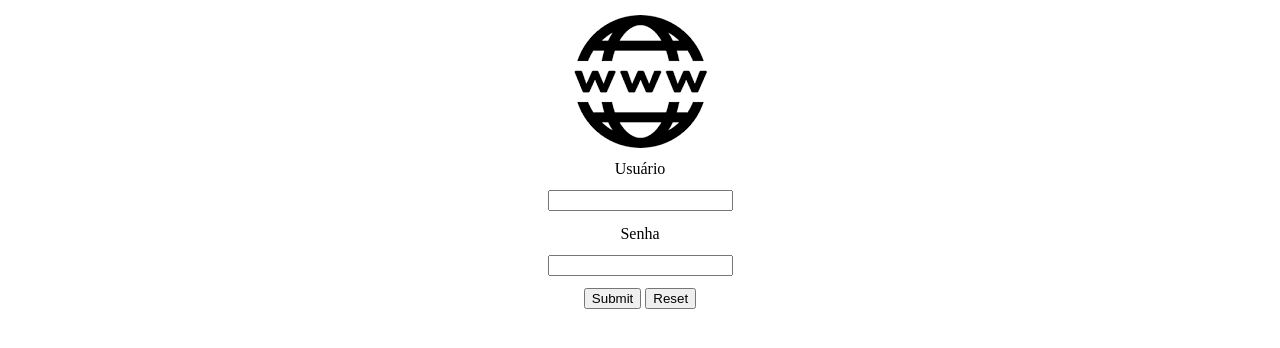
Repository: leonerdy-666/Estudos
Page: http://localhost/JavaWeb/Site.jsp
An editor plug-in stored every save of this project. The page is shown before and after the next save, followed by the edit.
The browser window is 1280 px wide. The pictures show the whole page.
The page is served by Tomcat 9.

Above is the page before, as saved 2023-04-10 23:31:35.

### Udemy/Projeto/JavaWeb/src/main/webapp/Site.jsp
<%@ page language="java" contentType="text/html; charset=ISO-8859-1"
	pageEncoding="ISO-8859-1"%>
<!DOCTYPE html PUBLIC "-//W3C//DTD HTML 4.01 Transitional//EN" "http://www.w3.org/TR/html4/loose.dtd">
<html>
<head>
<meta http-equiv="Content-Type" content="text/html; charset=ISO-8859-1">
<title>Site</title>
</head>
<body>
	<form action="">
		<table cellpadding="5" align="center">

			<tr>
				<td align="center"><img src="imagens/logo.png"></td>
			</tr>

			<tr>
				<td align="center">Usuário</td>
			</tr>
			<tr>
				<td><input type="text" name="txtUsuario" /></td>
			</tr>
			<tr>
			<tr>
				<td align="center">Senha</td>
			</tr>
			<tr>
				<td><input type="text" name="txtSenha" /></td>
			</tr>
			<tr>
				<td colspan="2" align="center"><input type="submit"> <input type="reset"></td>
			</tr>
		</table>
	</form>
</body>
</html>

After the next save:
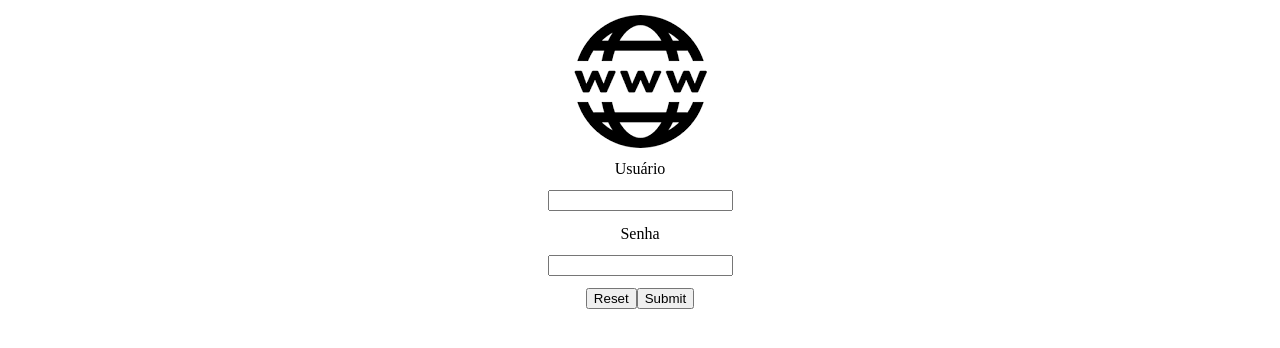
Saved 29 s later.
--- a/Udemy/Projeto/JavaWeb/src/main/webapp/Site.jsp
+++ b/Udemy/Projeto/JavaWeb/src/main/webapp/Site.jsp
@@ -28,7 +28,7 @@
 				<td><input type="text" name="txtSenha" /></td>
 			</tr>
 			<tr>
-				<td colspan="2" align="center"><input type="submit"> <input type="reset"></td>
+				<td colspan="2" align="center"><input type="reset"><input type="submit"> </td>
 			</tr>
 		</table>
 	</form>
